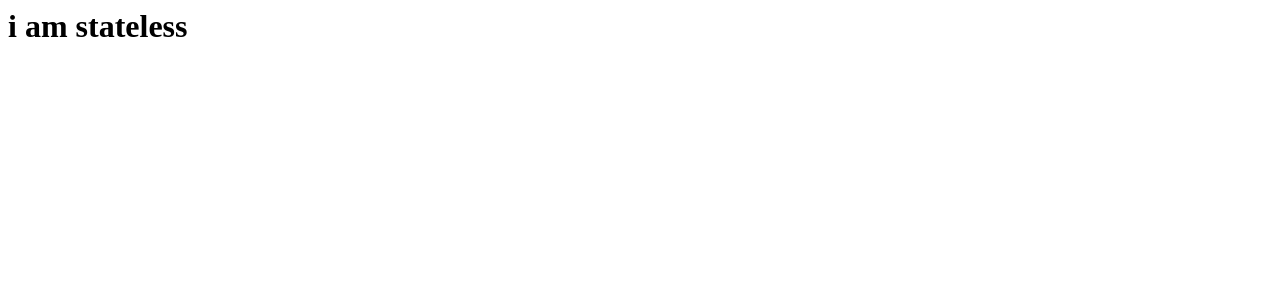
Repository: mubashirkhan1/Corejsvs__Programs
Page: http://localhost/TestWeb/stateless1
An editor plug-in stored every save of this project. The page is shown before and after the next save, followed by the edit.
The browser window is 1280 px wide. The pictures show the whole page.
The page is served by Tomcat 9. Other server files are loaded and not shown.

Above is the page before, as saved 2021-03-05 13:58:13.

### basicprogram/TestWeb/src/com/stateless1/stateless1.java
package com.stateless1;

import java.io.IOException;
import java.io.PrintWriter;

import javax.servlet.ServletException;
import javax.servlet.annotation.WebServlet;
import javax.servlet.http.HttpServlet;
import javax.servlet.http.HttpServletRequest;
import javax.servlet.http.HttpServletResponse;


@WebServlet("/stateless1")
public class stateless1 extends HttpServlet {
	private static final long serialVersionUID = 1L;


	protected void doGet(HttpServletRequest rq, HttpServletResponse rs) throws ServletException, IOException {
	 rs.setContentType("text/html");
	 PrintWriter pw=rs.getWriter();
	 pw.println("<h1>i am stateless<h1>");
	}

}

After the next save:
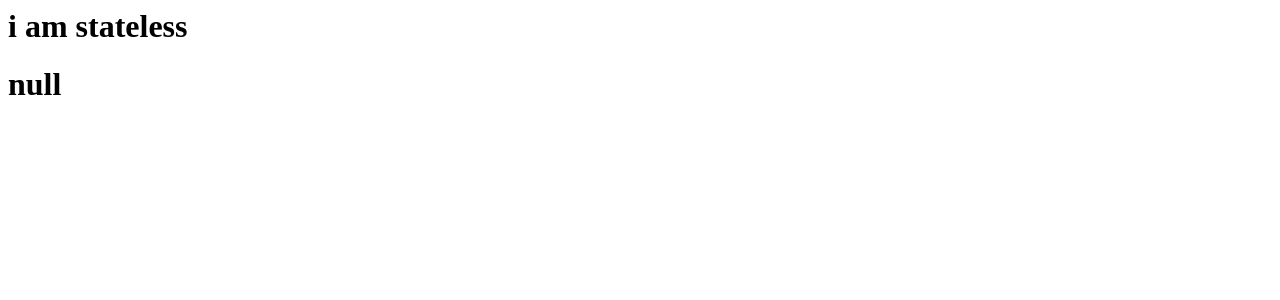
Saved 2 min 40 s later.
--- a/basicprogram/TestWeb/src/com/stateless1/stateless1.java
+++ b/basicprogram/TestWeb/src/com/stateless1/stateless1.java
@@ -16,9 +16,10 @@ public class stateless1 extends HttpServlet {
 
 
 	protected void doGet(HttpServletRequest rq, HttpServletResponse rs) throws ServletException, IOException {
+		String name=rq.getParameter("name");
 	 rs.setContentType("text/html");
 	 PrintWriter pw=rs.getWriter();
-	 pw.println("<h1>i am stateless<h1>");
+	 pw.println("<h1>i am stateless                 <h1>"+name);
 	}
 
 }
